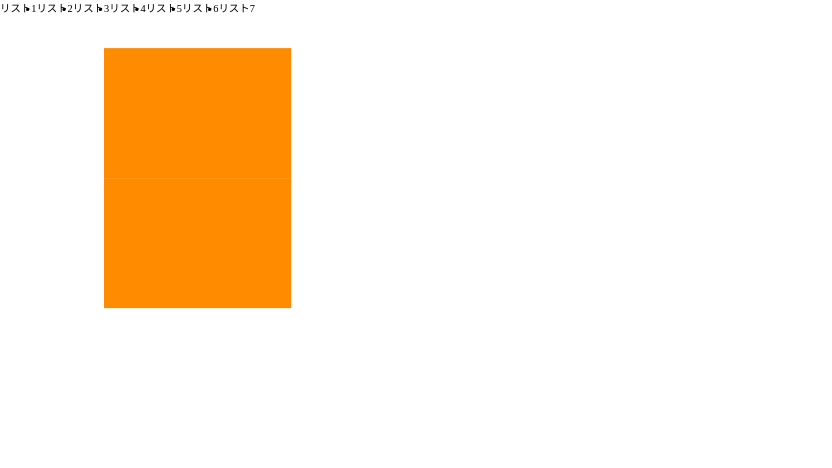
Repository: daisuketoyota/dmmwebxamp-toyota
Page: exsize8/index.html
The author's editor kept a record of every edit. The page is drawn from the files as they stood at one moment, then again after the next edit.
The browser window is 1280 px wide. The pictures show the whole page, at 65% of full size.

Above is the page before.

After the next edit:
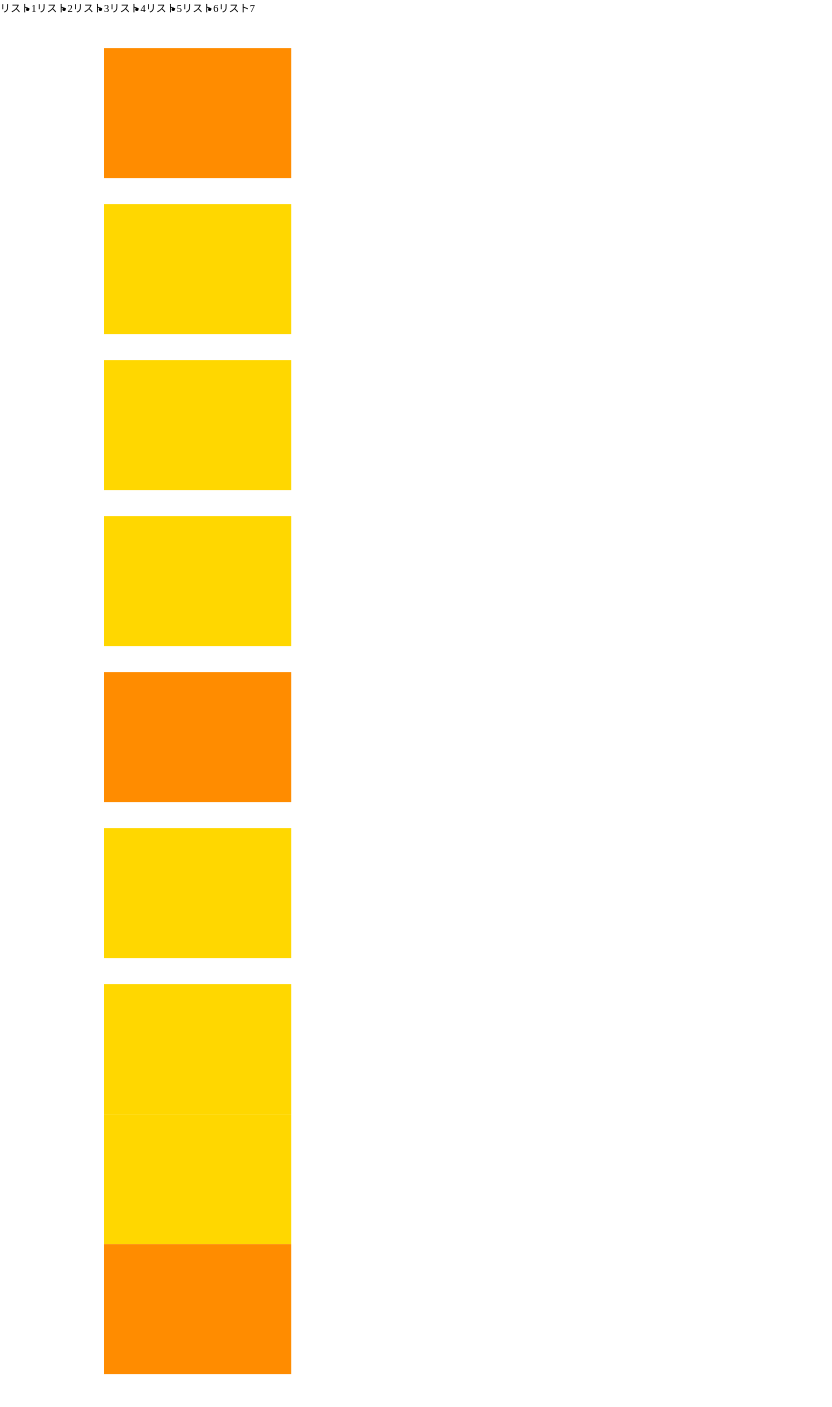
The edit:
--- a/exsize8/index.html
+++ b/exsize8/index.html
@@ -22,6 +22,13 @@
       <div class="box-rist">
           <div class="box"></div>
           <div class="box"></div>
+          <div class="box"></div>
+          <div class="box"></div>
+          <div class="box"></div>
+          <div class="box"></div>
+          <div class="box"></div>
+          <div class="box"></div>
+          <div class="box"></div>
       </div>
   </main>
   <footer>
